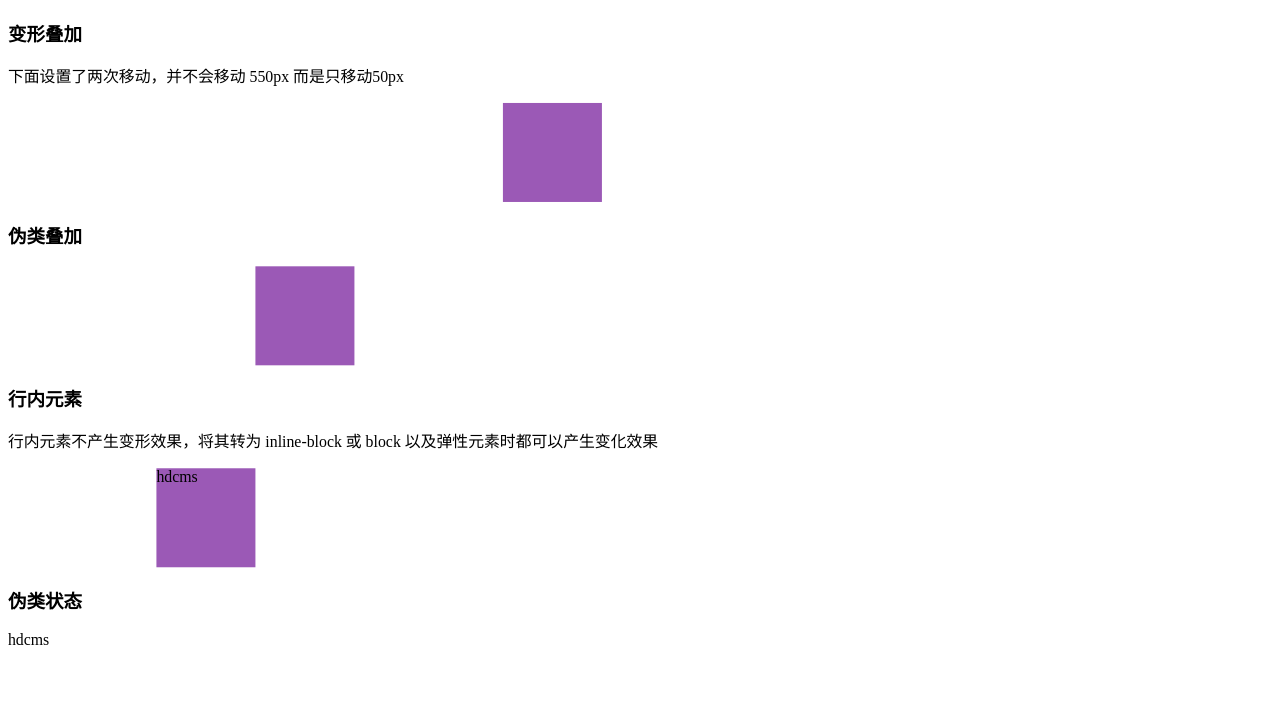
Repository: Aissd/animateDemo
Page: translate.html
These files come from the project's save history. The page is drawn as it stood at one moment and after the next save; the edit follows.
The browser window is 1280 px wide. The pictures show the whole page, at 99% of full size.

Above is the page before, as saved 2020-05-11 21:41:04.

### translate.html
<!DOCTYPE html>
<html lang="en">
<head>
    <meta charset="UTF-8">
    <meta name="viewport" content="width=device-width, initial-scale=1.0">
    <title>变形动画</title>
    <link rel="stylesheet" href="./css/translate.css" />
</head>
<body>
    <div class="container">
        <section class="demo-section">
            <h3>变形叠加</h3>
            <p>下面设置了两次移动，并不会移动 550px 而是只移动50px</p>
            <div class="demo01"></div>
        </section>

        <section class="demo-section">
            <h3>伪类叠加</h3>
            <div class="demo02"></div>
        </section>

        <section class="demo-section">
            <h3>行内元素</h3>
            <p>行内元素不产生变形效果，将其转为 inline-block 或 block 以及弹性元素时都可以产生变化效果</p>
            <span class="demo03">hdcms</span>
        </section>

        <section class="demo-section">
            <h3>伪类状态</h3>
            <div class="demo04">hdcms</div>
        </section>
    </div>
</body>
</html>

### css/translate.css
.demo01 {
    transform: translateX(500px);
    width: 100px;
    height: 100px;
    background: #9b59b6;
}

.demo01:nth-child(1) {
    transform: translateX(50px);
}

.demo02 {
    transition: 2s;
    transform: translateX(200px) translateX(50px);
    width: 100px;
    height: 100px;
    background: #9b59b6;
    transition: 2s;
}

.demo02:hover {
    transform: translateX(100px);
}

.demo03 {
    display: inline-block; /* 去掉这行就失效了 */
    transition: 2s;
    transform: translateX(100px) translateX(50px);
    width: 100px;
    height: 100px;
    background: #9b59b6;
    transition: 2s;
}

.demo03:hover {
    transform: translateX(100px);
}

article .demo04:nth-child(2):hover {
	transform: rotate(180deg);
}

After the next save:
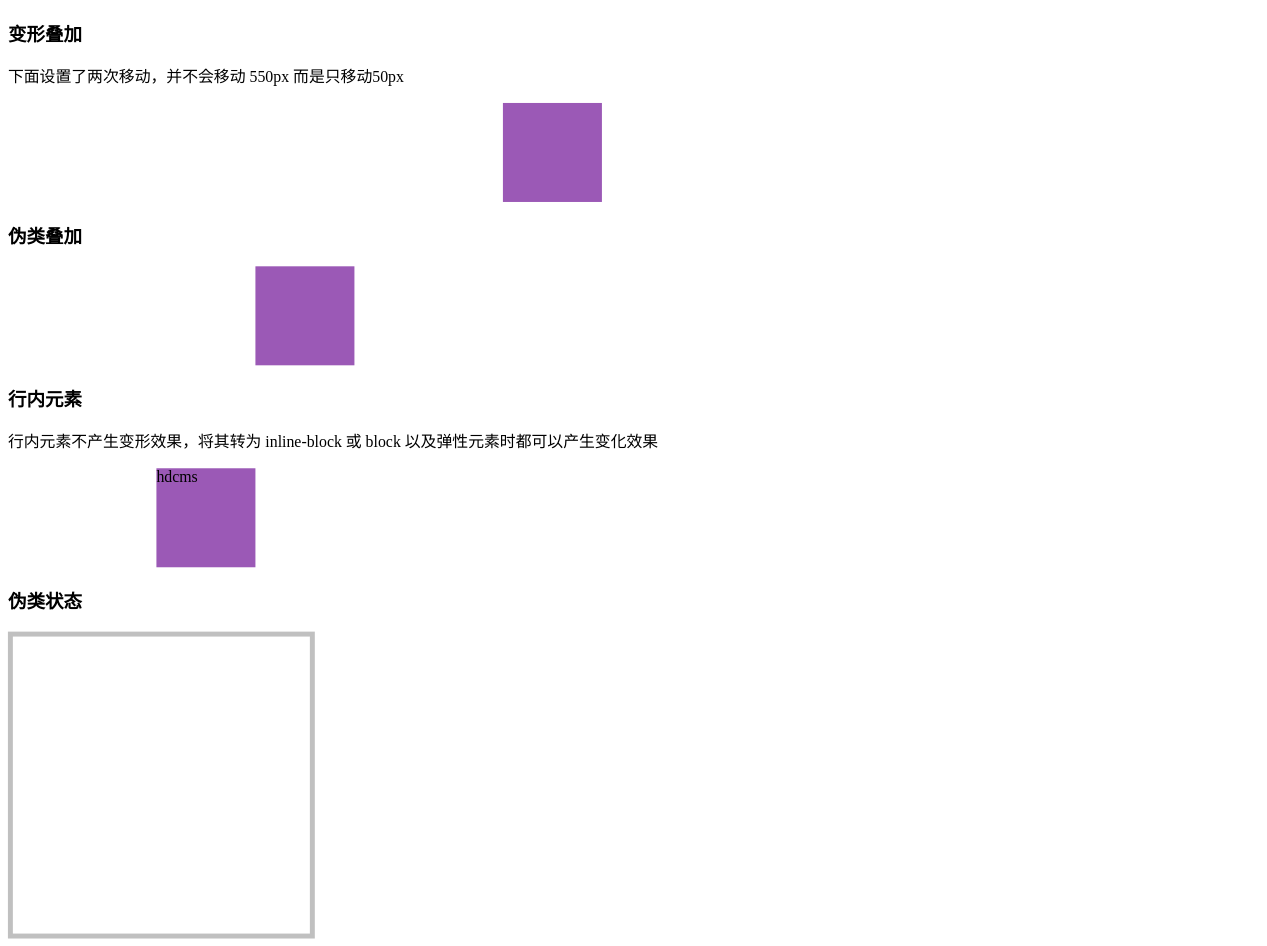
Saved 2 min 39 s later.
--- a/css/translate.css
+++ b/css/translate.css
@@ -36,6 +36,45 @@
     transform: translateX(100px);
 }
 
-article .demo04:nth-child(2):hover {
-	transform: rotate(180deg);
+.demo04 {
+    width: 300px;
+    height: 300px;
+    display: grid;
+    gap: 10px;
+    grid-template-columns: repeat(2, 1fr);
+    grid-template-rows: repeat(2, 1fr);
+    position: relative;
+    border: solid 5px silver;
+    color: white;
 }
+
+.demo04 div a {
+    color: white;
+    text-decoration: none;
+}
+
+.demo04 div,
+.demo04 div aside {
+    background: blueviolet;
+    background-clip: content-box;
+    padding: 5px;
+    border: solid 2px blueviolet;
+    box-sizing: border-box;
+    display: flex;
+    justify-content: center;
+    align-items: center;
+    position: relative;
+}
+
+.demo04 div aside {
+    position: absolute;
+    display: none;
+    width: 100px;
+    height: 100px;
+}
+
+.demo04 aside:target {
+    display: block;
+    transform: translateY(150px);
+    box-shadow: 0 0 10px #ddd;
+}
